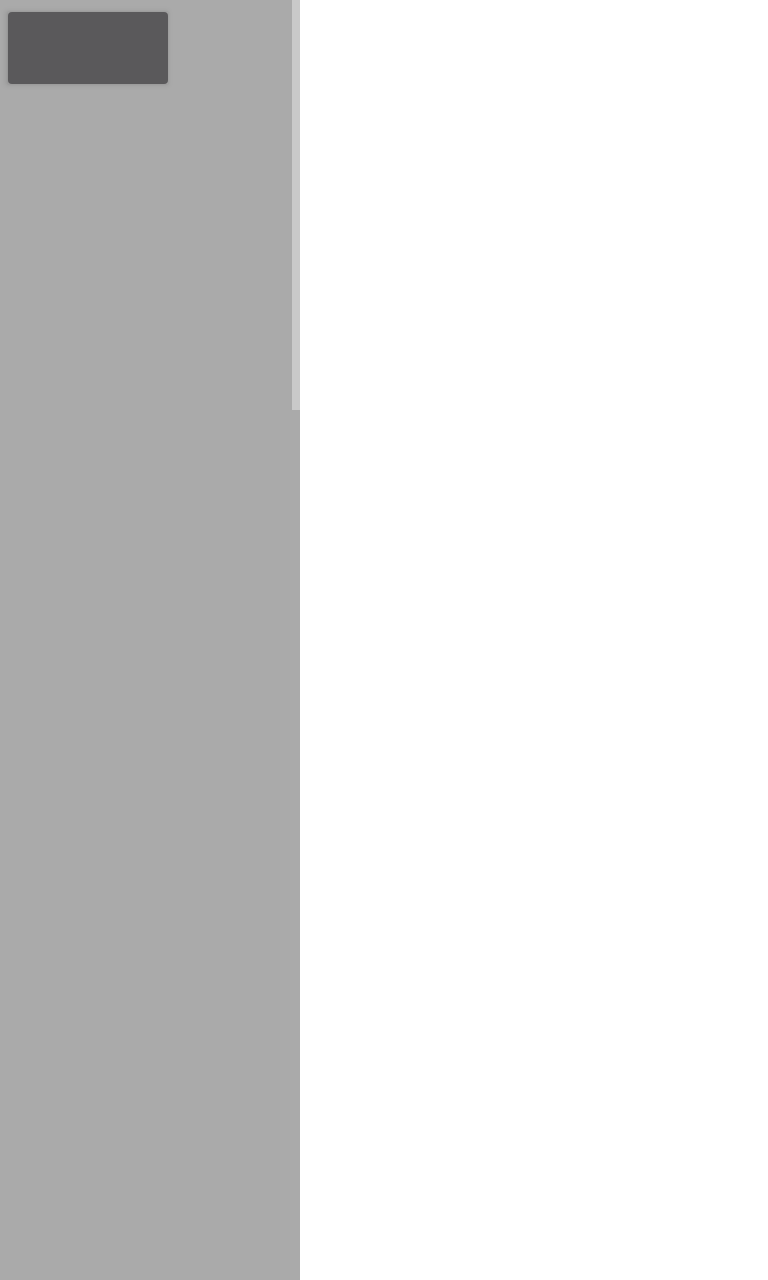
Repository: qfornaguera/AppQuelogy
Layout: AppQueology/res/layout/activity_main.xml
An editor plug-in stored every save of this project. The layout is shown before and after the next save, followed by the edit.
It is drawn on a 768 x 1280 px phone screen (xhdpi) without system bars, with theme Theme.AppCompat; the app's code is not run.

Above is the layout before, as saved 2014-05-27 21:22:18.

### AppQueology/res/layout/activity_main.xml
<?xml version="1.0" encoding="utf-8"?>
<RelativeLayout xmlns:android="http://schemas.android.com/apk/res/android"
    xmlns:tools="http://schemas.android.com/tools"
    android:layout_width="match_parent"
    android:layout_height="match_parent"
    android:id="@+id/activity_main"
    android:orientation="vertical" >

    <RelativeLayout
        android:id="@+id/graph"
        android:layout_width="match_parent"
        android:layout_height="match_parent"
        android:background="#ffffff">


    </RelativeLayout>

    <RelativeLayout
	    android:layout_width="150dp"
	    android:layout_height="wrap_content"
	    android:layout_alignParentLeft="true"
	    android:layout_alignParentTop="true" >
	    <ScrollView
	        android:layout_width="150dp"
		    android:layout_height="wrap_content"
		    android:layout_alignParentLeft="true"
		    android:layout_alignParentTop="true"
		    android:fillViewport="true" >

		    <RelativeLayout
		        android:id="@+id/content"
		        android:layout_width="150dp"
		        android:layout_height="2000dp"
		        android:background="#AAAAAA"
		        android:orientation="vertical" >


		    </RelativeLayout>

		</ScrollView>


	</RelativeLayout>

    <Button
        android:id="@+id/button1"
        android:layout_width="wrap_content"
        android:layout_height="wrap_content"
        android:text=" ">

    </Button>

</RelativeLayout>

After the next save:
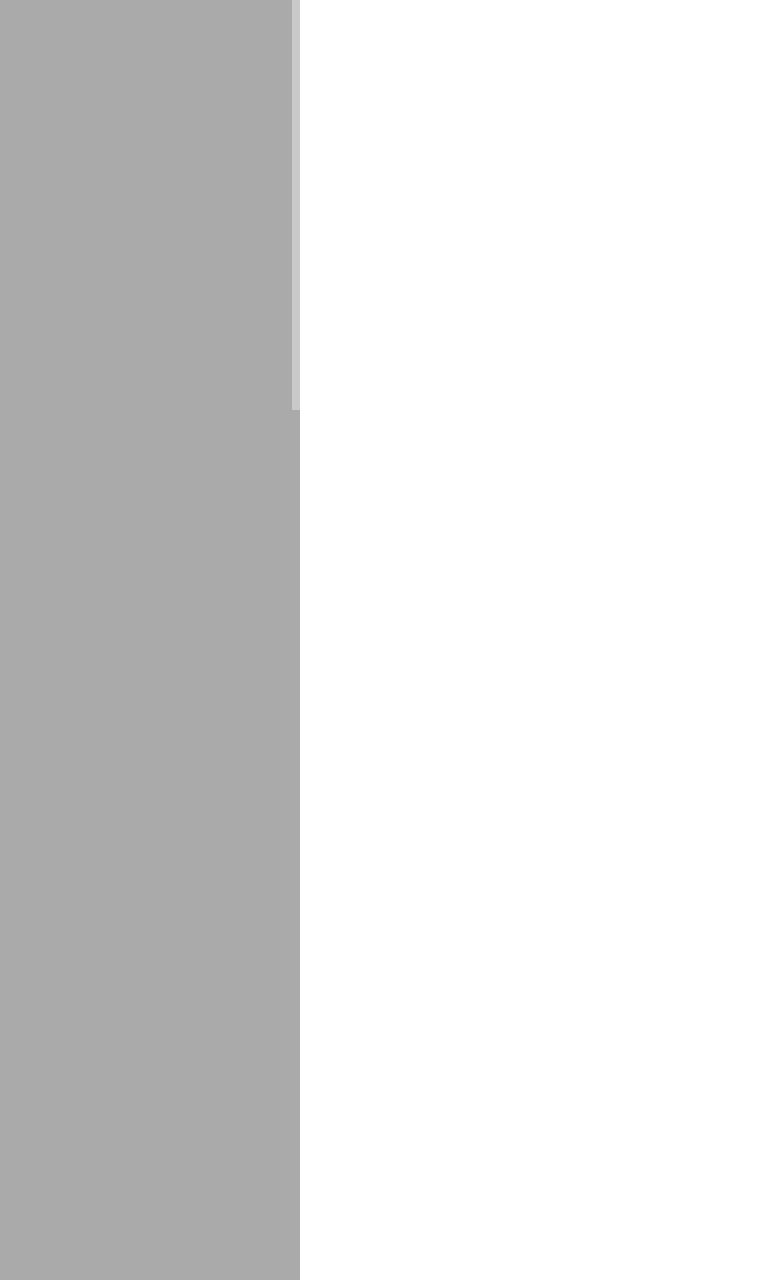
Saved 6 min 37 s later.
--- a/AppQueology/res/layout/activity_main.xml
+++ b/AppQueology/res/layout/activity_main.xml
@@ -16,38 +16,25 @@
     </RelativeLayout>
 
     <RelativeLayout
-	    android:layout_width="150dp"
-	    android:layout_height="wrap_content"
-	    android:layout_alignParentLeft="true"
-	    android:layout_alignParentTop="true" >
-	    <ScrollView
-	        android:layout_width="150dp"
-		    android:layout_height="wrap_content"
-		    android:layout_alignParentLeft="true"
-		    android:layout_alignParentTop="true"
-		    android:fillViewport="true" >
+        android:layout_width="150dp"
+        android:layout_height="wrap_content"
+        android:layout_alignParentLeft="true"
+        android:layout_alignParentTop="true">
+        <ScrollView
+            android:layout_width="150dp"
+            android:layout_height="wrap_content"
+            android:layout_alignParentLeft="true"
+            android:layout_alignParentTop="true"
+            android:fillViewport="true">
+            <RelativeLayout
+                android:id="@+id/content"
+                android:layout_width="150dp"
+                android:layout_height="2000dp"
+                android:background="#AAAAAA"
+                android:orientation="vertical">
 
-		    <RelativeLayout
-		        android:id="@+id/content"
-		        android:layout_width="150dp"
-		        android:layout_height="2000dp"
-		        android:background="#AAAAAA"
-		        android:orientation="vertical" >
-
-
-		    </RelativeLayout>
-
-		</ScrollView>
-
-
-	</RelativeLayout>
-
-    <Button
-        android:id="@+id/button1"
-        android:layout_width="wrap_content"
-        android:layout_height="wrap_content"
-        android:text=" ">
-
-    </Button>
+            </RelativeLayout>
+        </ScrollView>
+    </RelativeLayout>
 
 </RelativeLayout>

After the save that followed:
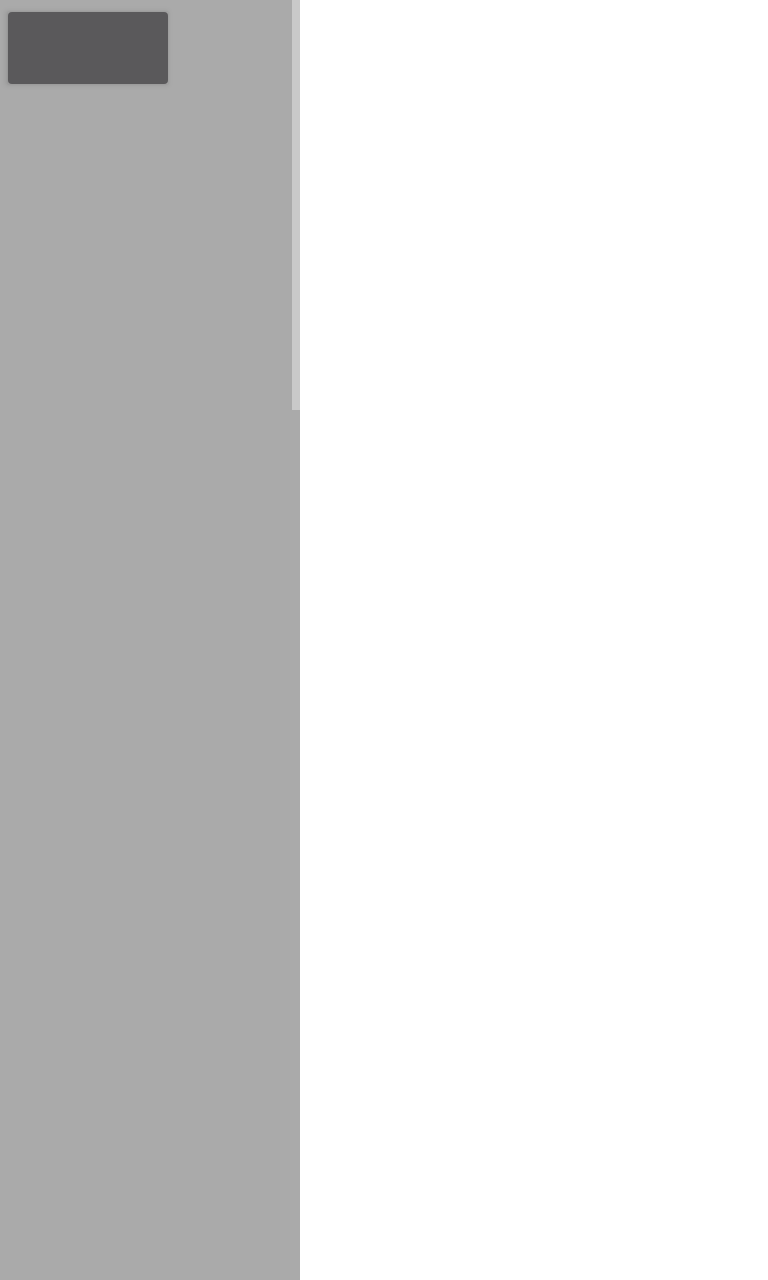
Saved 105 s later.
--- a/AppQueology/res/layout/activity_main.xml
+++ b/AppQueology/res/layout/activity_main.xml
@@ -37,4 +37,12 @@
         </ScrollView>
     </RelativeLayout>
 
+    <Button
+        android:id="@+id/button1"
+        android:layout_width="wrap_content"
+        android:layout_height="wrap_content"
+        android:text=" ">
+
+    </Button>
+
 </RelativeLayout>
